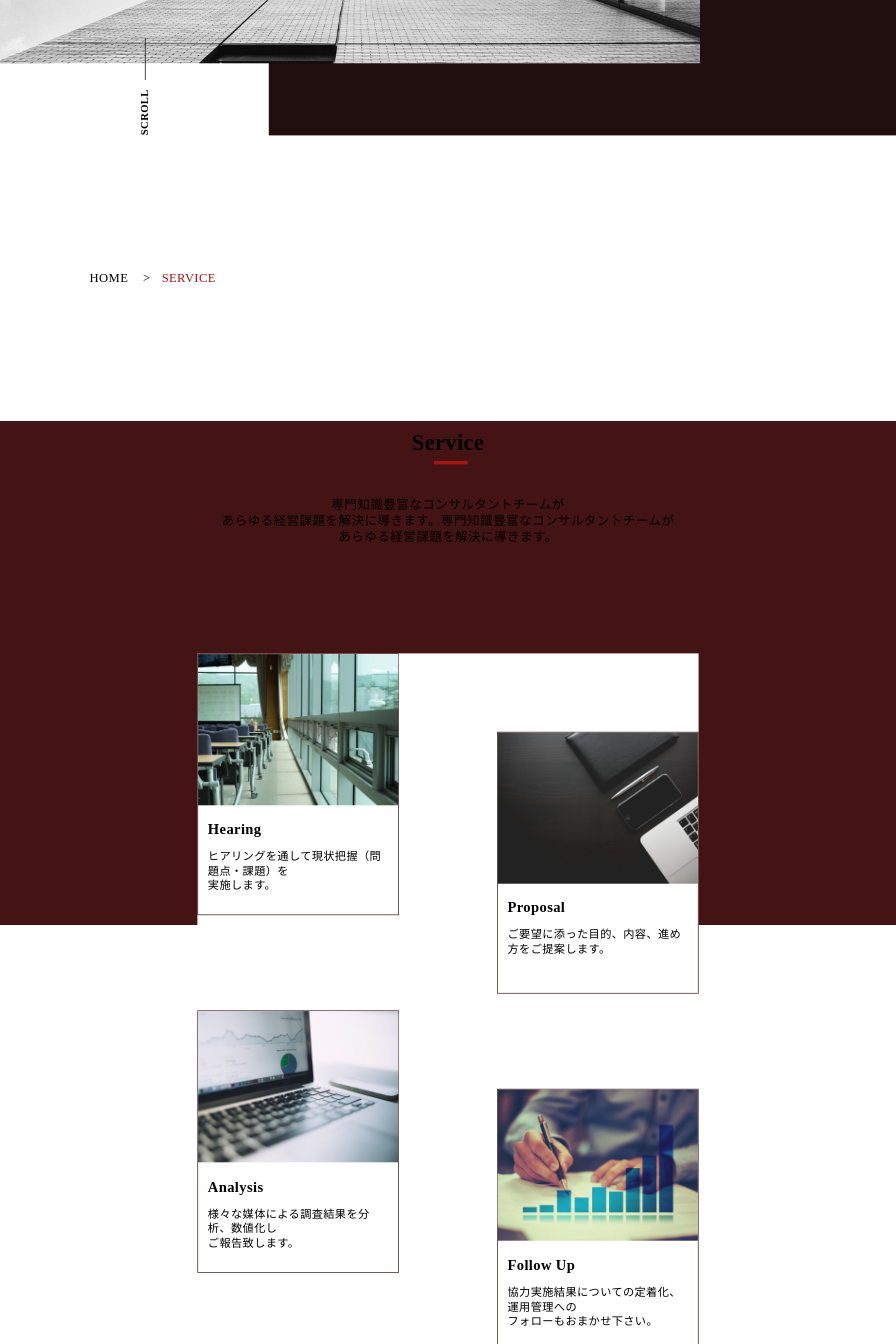
Repository: nozomi-23/hp2_test
Page: html/service.html
These files come from the project's save history. The page is drawn as it stood at one moment and after the next save; the edit follows.
The browser window is 1280 px wide. The pictures show the part of the page from y = 459 to 2379 px (the page is 2605 px tall), at 70% of full size.
Some web fonts or font styles are not loaded; a fallback is used. Some web libraries are served in a nearby version.

Above is the page before, as saved 2022-06-26 08:07:31.

After the next save:
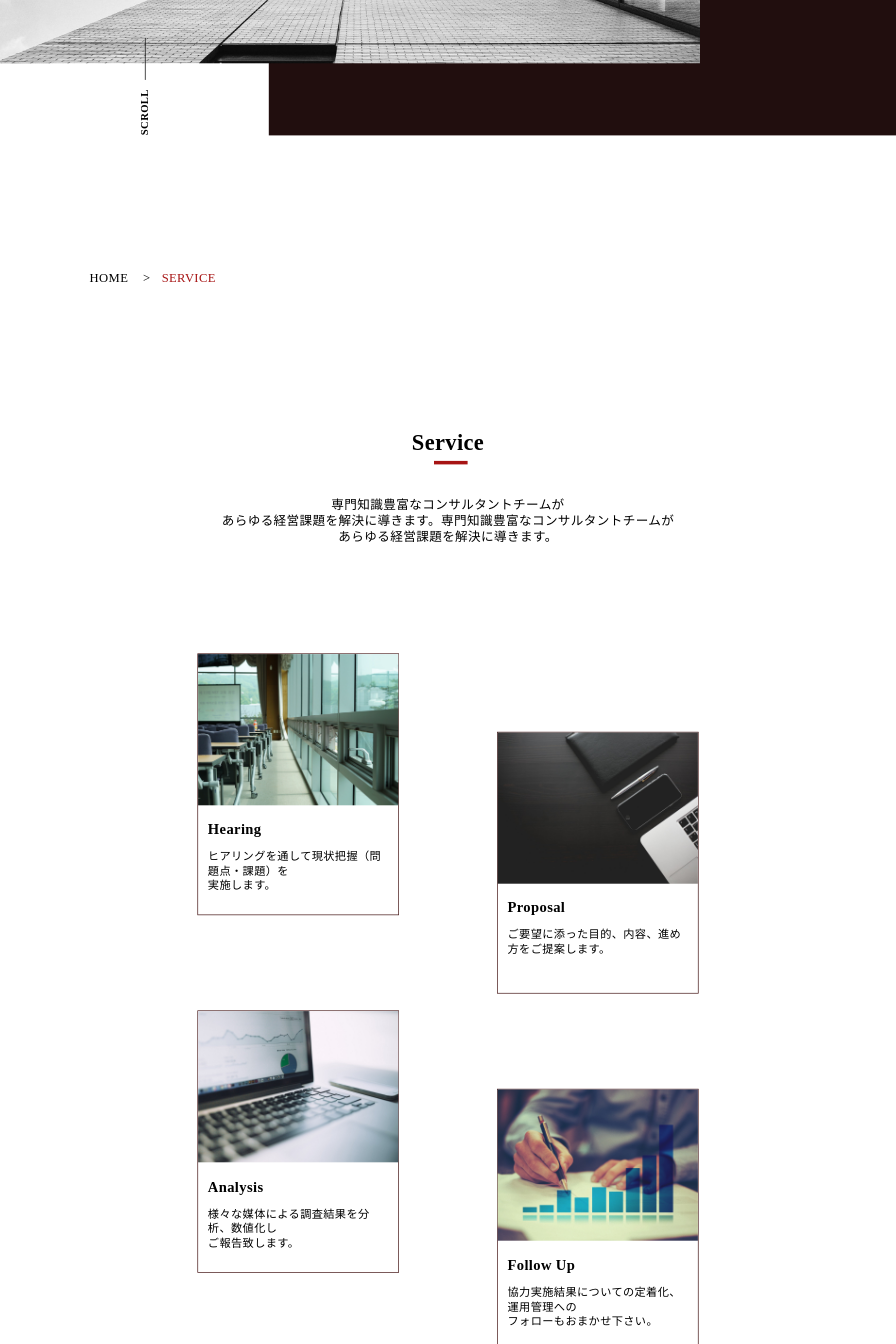
Saved 8 s later.
--- a/html/service.html
+++ b/html/service.html
@@ -91,7 +91,6 @@
   <!-- ======== service_intro ===== -->
 
   <section class="service_intro section">
-    <div class="service_bg"></div>
     <div class="inner">
       <div class="service_tex">
         <h3 class="section_ttl">Service</h3>
